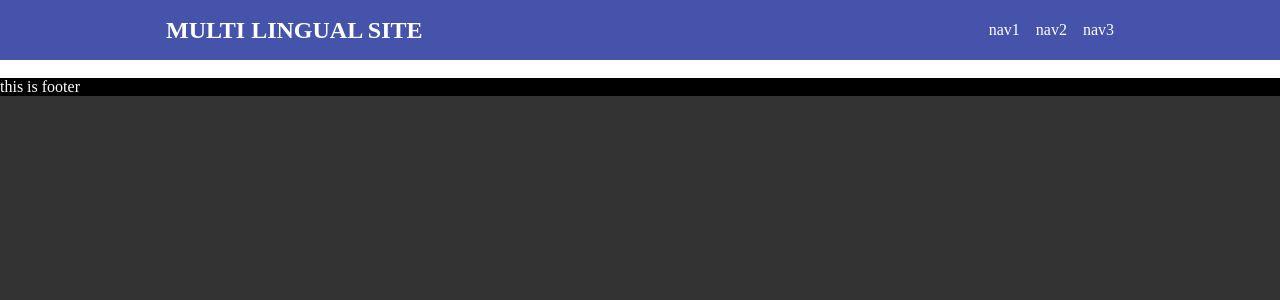
Repository: ksbsh27/multi_lingual
Page: index.html
An editor plug-in stored every save of this project. The page is shown before and after a run of saves, followed by the edit.
The browser window is 1280 px wide. The pictures show the whole page.
The style sheet was rebuilt from its Sass, Less or Tailwind sources for each picture, by a compiler version that may differ from the author's.

Above is the page before, as saved 2022-03-31 20:50:06.

### index.html
<!DOCTYPE html>
<html lang="jp">
<head>
    <meta charset="UTF-8">
    <meta http-equiv="X-UA-Compatible" content="IE=edge">
    <meta name="viewport" content="width=device-width, initial-scale=1.0">
    <title>develop</title>
    <link rel="stylesheet" href="./css/style.css">
</head>
<body>
    <header>
        <nav>
            <h1>MULTI LINGUAL SITE</h1>
            <ul>
                <li>nav1</li>
                <li>nav2</li>
                <li>nav3</li>
            </ul>
        </nav>
    </header>
    <section>
        aaaaaaaaaaaaa
        bbbbbbbbbbbb
        ccccccccccc
    </section>
    <footer>this is footer</footer>
</body>
</html>

### sass/style.scss
@import "./_header";
@import "./footer";
@import url('https://fonts.googleapis.com/css2?family=Roboto:wght@400;700&display=swap');
* {
  padding: 0;
  margin: 0;
  list-style: none;
  box-sizing: border-box;
}

body {
  color: #fff;
  background: #333;
}

section {
  background: #fff;
}

### sass/_header.scss
header{
    background: rgb(69, 84, 170);
    nav{
        max-width: 980px;
        margin: 0 auto;
        padding: 0 16px;
        height: 60px;
        display: flex;
        align-items: center;
        justify-content: space-between;
        ul{
            display: flex;
            li{
                margin-right: 16px;
                &:last-child{
                    margin-right: 0;
                }
            }
        }
    }
}

### sass/_footer.scss
footer{
    background: rgb(0, 0, 0);
}

After the next 4 saves:
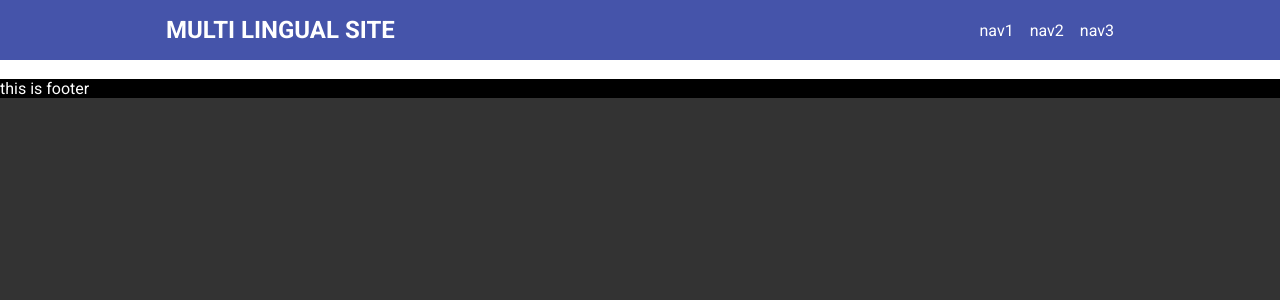
The 4 saves are shown as one change because 1 did not build or start and some came seconds apart.
The last was saved 99 s later.
--- a/sass/style.scss
+++ b/sass/style.scss
@@ -11,6 +11,7 @@
 body {
   color: #fff;
   background: #333;
+  font-family: "roboto";
 }
 
 section {
